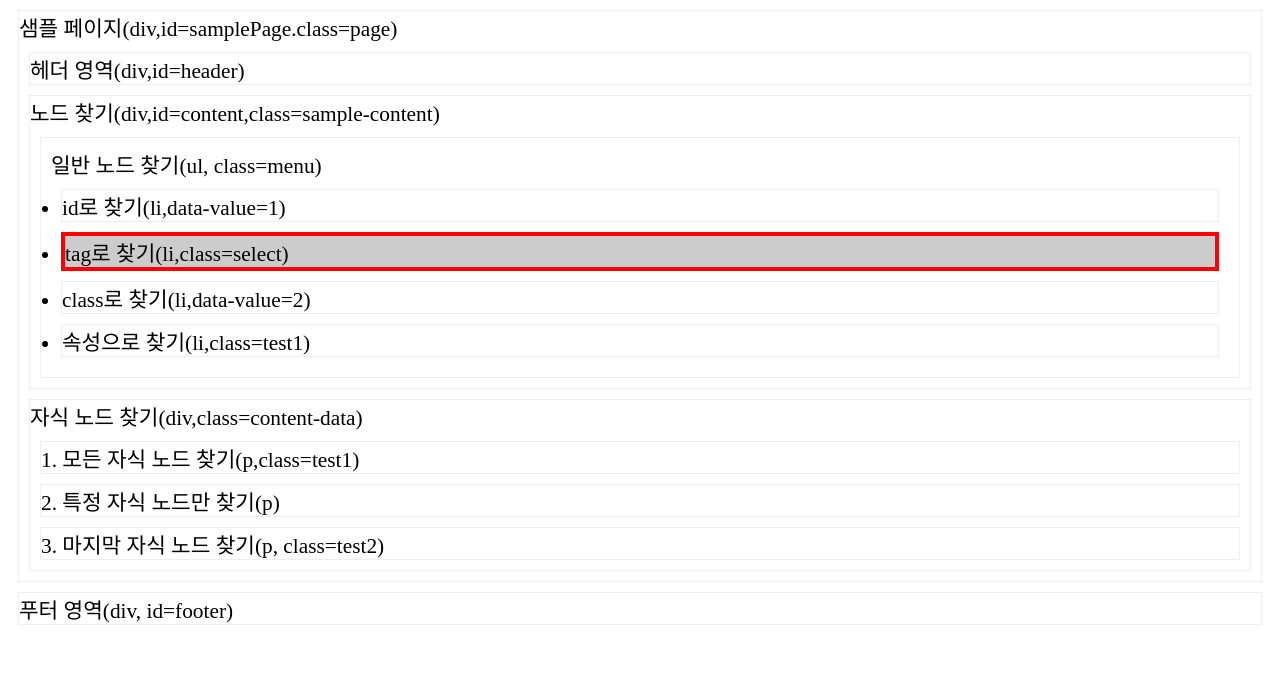
Repository: swc0516s/EZEN-JS
Page: JavaScript Workspace Lecture/JavaScript_jQuery_03/WebContent/Chapter02/2_03.html
These files come from the project's save history. The page is drawn as it stood at one moment and after the next save; the edit follows.
The browser window is 1280 px wide. The pictures show the whole page.

Above is the page before, as saved 2022-03-17 05:57:44.

### JavaScript Workspace Lecture/JavaScript_jQuery_03/WebContent/Chapter02/2_03.html
<!DOCTYPE html>
<html>
<head>
<meta charset="UTF-8">
<title>Insert title here</title>
<style type="text/css">
body {
	font-size: 16pt;
	font-family: "굴림";
}

div, p, ul, li {
	border: 1px #eeeeee solid;
	margin: 10px;
}

ul {
	padding: 10px;
}

li.select {
	background-color: #ccc;
}
</style>
<script type="text/javascript" src="../libs/jquery-3.6.0.min.js"></script>
<script type="text/javascript">
	// ul.menu의 메뉴 노드 (li)중 두 번째 메뉴
	// eq():선택한 요소의 인덱스 번호에 해당하는 요소를 찾는다.
	$(document).ready(function() {
		//$("li").eq(1).css("border", "4px solid #ff0000");
		var liList = $("ul.menu li");
		var li_1 = liList.get(1);
		$(li_1).css("border", "4px solid #f00");
		//li_1.style.border = "4px solid #f00";
	});
</script>
</head>
<body>
	<div id="sample" class="page">
		샘플 페이지(div,id=samplePage.class=page)
		<div id="header">헤더 영역(div,id=header)</div>
		<div id="content" class="sample-content">
			노드 찾기(div,id=content,class=sample-content)
			<ul class="menu">
				일반 노드 찾기(ul, class=menu)
				<li data-value="1">id로 찾기(li,data-value=1)</li>
				<li class="select">tag로 찾기(li,class=select)</li>
				<li data-value="2">class로 찾기(li,data-value=2)</li>
				<li class="test1">속성으로 찾기(li,class=test1)</li>
			</ul>
		</div>
		<div class="content-data">
			자식 노드 찾기(div,class=content-data)
			<p class="test1">1. 모든 자식 노드 찾기(p,class=test1)</p>
			<p>2. 특정 자식 노드만 찾기(p)</p>
			<p class="test2">3. 마지막 자식 노드 찾기(p, class=test2)</p>
		</div>
	</div>
	<div id="footer">푸터 영역(div, id=footer)</div>
</body>
</html>

Loaded but not shown: JavaScript Workspace Lecture/JavaScript_jQuery_03/WebContent/libs/jquery-3.6.0.min.js (library)

After the next save:
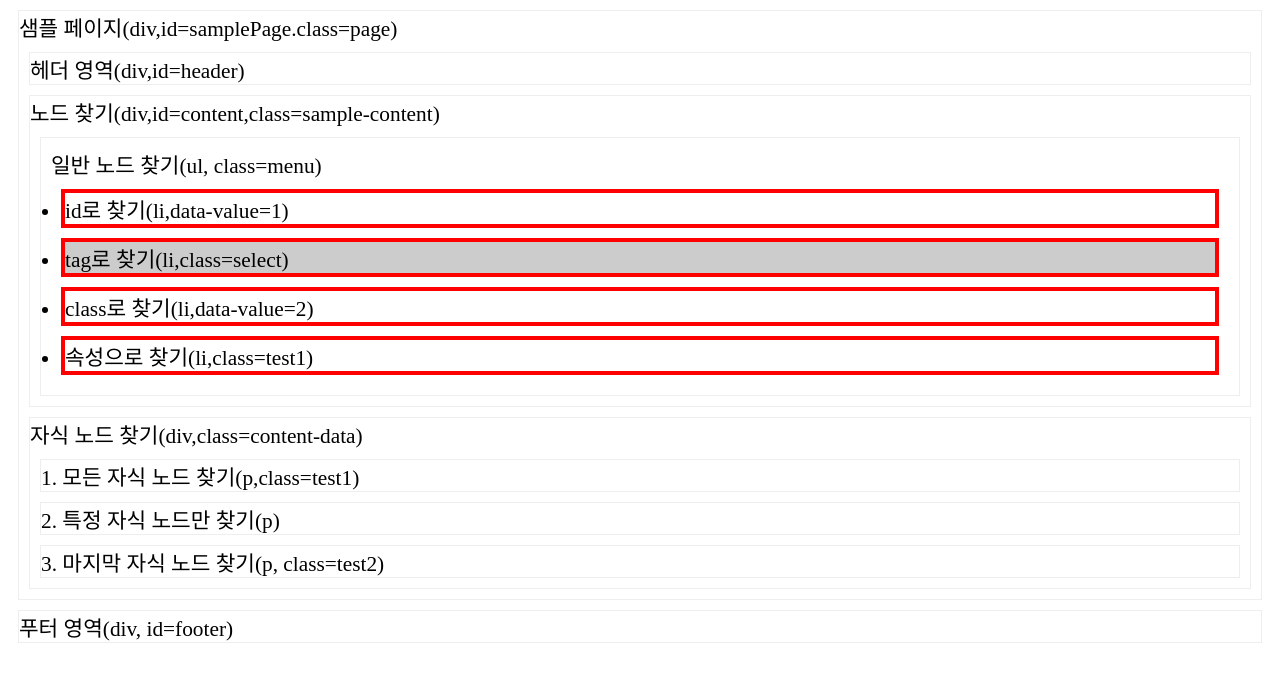
Saved 46 s later.
--- a/JavaScript Workspace Lecture/JavaScript_jQuery_03/WebContent/Chapter02/2_03.html
+++ b/JavaScript Workspace Lecture/JavaScript_jQuery_03/WebContent/Chapter02/2_03.html
@@ -30,7 +30,7 @@ li.select {
 		//$("li").eq(1).css("border", "4px solid #ff0000");
 		var liList = $("ul.menu li");
 		var li_1 = liList.get(1);
-		$(li_1).css("border", "4px solid #f00");
+		$(liList).css("border", "4px solid #f00");
 		//li_1.style.border = "4px solid #f00";
 	});
 </script>
